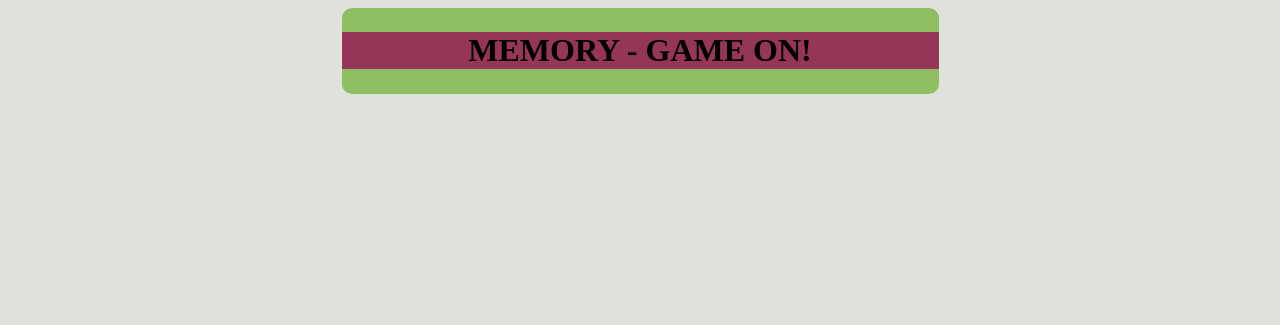
Repository: vr222bt/1dv403-laborationer
Page: 3-gameon/memory/index.html
The author's editor kept a record of every edit. The page is drawn from the files as they stood at one moment, then again after the next edit.
The browser window is 1280 px wide. The pictures show the whole page.
Pictures or frames that could not be fetched are drawn as grey boxes.

Above is the page before.
Console error: TypeError: Cannot read properties of null (reading 'appendChild')

### 3-gameon/memory/index.html
<!doctype html>
<html>
    <head>
        <meta charset="utf-8" />
        <title>Memory - Game on!</title>
        <link rel="stylesheet" href="style.css" />

    </head>
    <body>
        <div id="container">
            <header>
                <h1>Memory - Game on!</h1>
            </header>
            <main>
                <div></div>
            </main>
        </div>
        <script type="text/javascript" src="script/random.js"></script>
        <script type="text/javascript" src="script/Memory.js"></script>
    </body>
</html>

### 3-gameon/memory/style.css
body
    {
        background-color: #DFE2DB;
    }
#container
        {
            max-width: 597px;
            border-style: solid;
            border-width: 3px;
            border-color: #90BE62;
            border-radius: 10px ;
            border-left-width: 0px;
            border-right-width: 0px;
            margin-right: auto;
            margin-left: auto;
            background-color: #90BE62;

        }

h1
    {
        text-align: center;
        text-transform: uppercase;
        background-color: #953658;
    }

table
        {
            margin-right: auto;
            margin-left: auto;
        }

img

        {
            width: 50px;
            border-width: 1px;
            border-color: blue;
            border-style: solid;
        }

img:hover
        {
            border-width: 1px;
            border-color: red;
            border-style: solid;
        }

a:focus
        {

            outline-width: 1px;
            outline-color: red;
            outline-style: solid;



        }

#score
        {
            font-size: 20px;
            text-align: center;
            text-transform: uppercase;
            background-color: #953658;
            margin-bottom: 0px;
        }

input
        {
            width: 100%;
            display: block;
            margin-right: auto;
            margin-left: auto;
        }

### 3-gameon/memory/script/random.js
var RandomGenerator = {

	/*
		Denna metod tar antalet rader och columner som inparameter.

		Metoden returnerar en array inneh�llandes utslumpade tal mellan 1 och (rows*cols)/2. Varje tal representeras tv�
		g�nger och motsvarar s�ledes en spelbricka.

		I en 4*4 matris kan Arrayen t.ex. se ut s� h�r:
		[1,2,6,8,6,2,5,3,1,3,7,5,8,4,4,7]

		I en 2*4 matris kan Arrayen t.ex. se ut s� h�r:
		[3,4,4,1,2,1,2,3]
	*/

	getPictureArray: function(rows, cols)
	{
		var numberOfImages = rows*cols;
		var maxImageNumber = numberOfImages/2;

	   	var imgPlace = [];

	   //Utplacering av bilder i Array
	   for(var i=0; i<numberOfImages; i++)
		  imgPlace[i] = 0;

		for(var currentImageNumber=1; currentImageNumber<=maxImageNumber; currentImageNumber++)
		{
			var imageOneOK = false;
			var imageTwoOK = false;

			do
			{
				if(imageOneOK == false)
				{
					var randomOne = Math.floor( (Math.random() * (rows*cols-0) + 0) );

					if( imgPlace[randomOne] == 0 )
					{
						imgPlace[randomOne] = currentImageNumber;
						imageOneOK = true;
					}
				}

				if(imageTwoOK == false)
				{
					var randomTwo = Math.floor( (Math.random() * (rows*cols-0) + 0) );

					if( imgPlace[randomTwo] == 0 )
					{
						imgPlace[randomTwo] = currentImageNumber;
						imageTwoOK = true;
					}
				}
			}
			while(imageOneOK == false || imageTwoOK == false);
		}

		return imgPlace;
	}
}

### 3-gameon/memory/script/Memory.js
"use strict";

var Memory = {
    bricks: [],
    brickCounter: [],
    pairCounter: 0,
    attemptCounter: 0,
    cols: 2,
    rows: 4,

    init: function(){
        if (Memory.cols*Memory.rows > 16) {
            throw new Error("Det finns inte tillräckligt med bilder för sånt här stort memory!");
        }
        Memory.pairCounter = 0;
        Memory.attemptCounter = 0;
        Memory.bricks = RandomGenerator.getPictureArray(Memory.rows,Memory.cols);
        Memory.renderBoard(Memory.rows,Memory.cols);



   },
   renderBoard: function(rows, cols){
        var gameTable = document.querySelector("#gameTable");
        var table = document.createElement("table");
        var tbody = document.createElement("tbody");
        table.appendChild(tbody);

        var brickID = 0;
        for (var i = 0; i < rows; i++) {
            var tr = document.createElement("tr");
            tbody.appendChild(tr);
            for (var j = 0; j < cols; j++) {
                var td = document.createElement("td");
                tr.appendChild(td);
                var a = document.createElement("a");
                a.href = "#";
                var brickDefault = document.createElement("img");
                brickDefault.src = "pics/0.png";
                a.appendChild(brickDefault);
                td.appendChild(a);
                Memory.turnBrick(brickID, a);
                brickID +=1;

            }
        }
        gameTable.appendChild(table);

   },
   turnBrick: function(brickID, a){

       a.addEventListener("click", function(e){
           e.preventDefault();
           var img = a.querySelector("img");
           if (img.src !== "https://preview.c9.io/vr222bt/1dv403-laborationer/3-gameon/memory/pics/0.png" ) { //Varför funkar inte relativa sökvägar?
               return false;
           }
           Memory.brickCounter.push(a);
           if (Memory.brickCounter.length <= 2) {

                img.src = "pics/" + Memory.bricks[brickID] + ".png";
           }
           if (Memory.brickCounter.length === 2) {
               setTimeout(function() {
                   Memory.compareBrick();
               }, 500);
           }

       });

   },
   compareBrick: function(brickID, a){
       Memory.attemptCounter += 1;
       if (Memory.brickCounter[0].querySelector("img").src === Memory.brickCounter[1].querySelector("img").src) {
           Memory.pairCounter += 1;
           if (Memory.pairCounter === (Memory.rows*Memory.cols/2)) {
               Memory.message("Spelet är slut, du vann! Antal försök: " + Memory.attemptCounter);

              /* if (confirm("Du vann! Vill du spela igen?")) {
                   Memory.renderBoard(Memory.rows, Memory.cols);
               }
              */
           }

       }
       else {
       Memory.brickCounter[0].querySelector("img").src = "pics/0.png";
       Memory.brickCounter[1].querySelector("img").src = "pics/0.png";

       }
       console.log(Memory.attemptCounter);
       Memory.brickCounter = [];

   },
   message: function(text){
        var gameTable = document.querySelector("#gameTable");
        var p = document.createElement("p");
        p.id = "score";
        p.innerHTML = text;
        gameTable.appendChild(p);

        var button = document.createElement("input");
        button.type = "button";
        button.value = "Spela igen";
        button.onclick = function(e){
            e.preventDefault();
            Memory.init();
        };
        gameTable.appendChild(button);


   }

};

window.onload = Memory.init;

After the next edit:
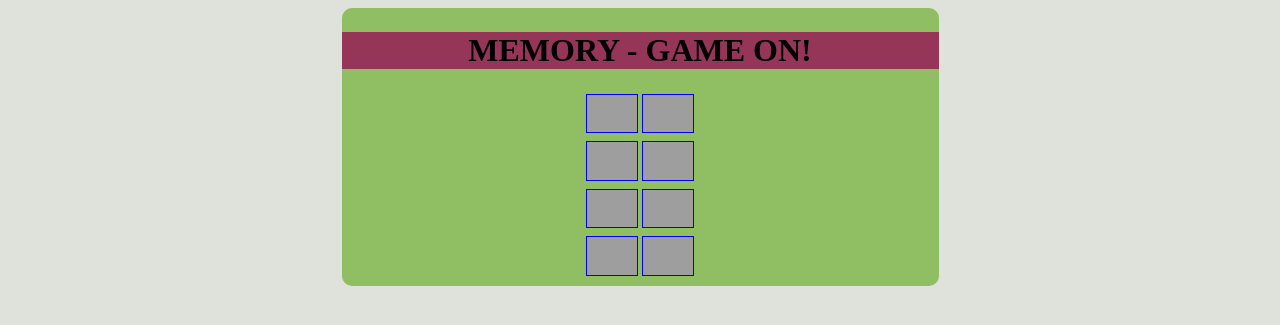
The error is gone.
The edit:
--- a/3-gameon/memory/index.html
+++ b/3-gameon/memory/index.html
@@ -12,7 +12,8 @@
                 <h1>Memory - Game on!</h1>
             </header>
             <main>
-                <div></div>
+                <div id="gameTable">
+                </div>
             </main>
         </div>
         <script type="text/javascript" src="script/random.js"></script>
